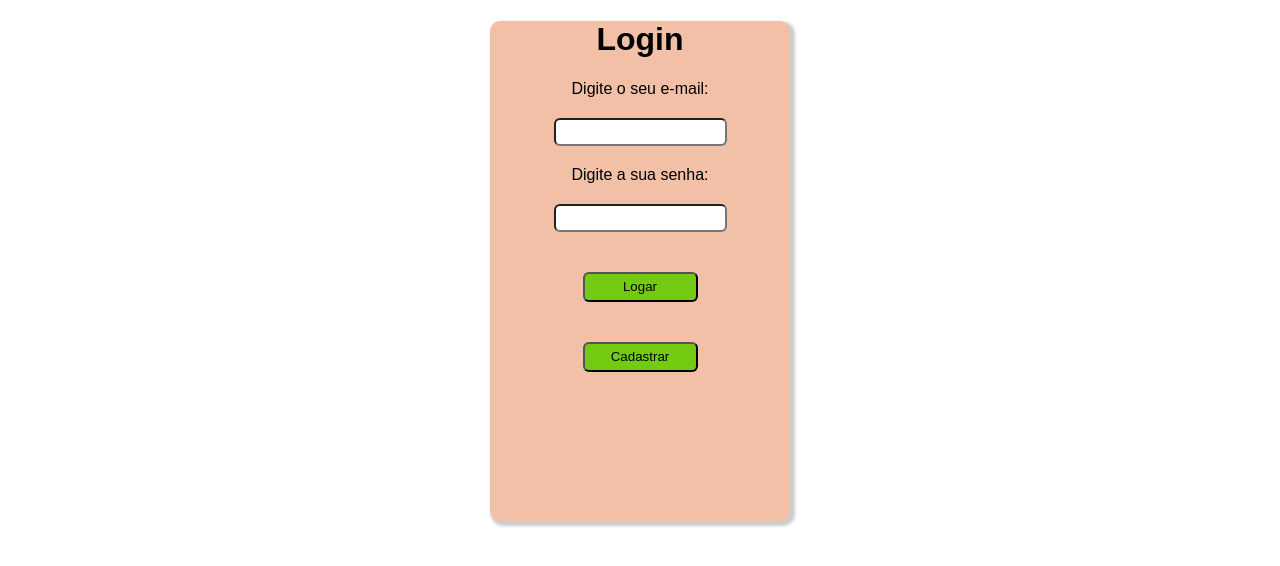
Repository: leviviana21/Java-web-login
Page: http://localhost/conexao_bd/
These files come from the project's save history. The page is drawn as it stood at one moment and after the next save; the edit follows.
The browser window is 1280 px wide. The pictures show the whole page.
The page is served by Tomcat 10. Other server files are loaded and not shown.

Above is the page before, as saved 2025-06-23 18:21:19.

### conexao_bd/src/main/webapp/index.jsp
<%@ page language="java" contentType="text/html; charset=UTF-8"
    pageEncoding="UTF-8"%>
<!DOCTYPE html>
<html>
<head>
<meta charset="UTF-8">
<title>Insert title here</title>
<link rel="stylesheet" href="style.css">
</head>
<body>

<div class="container">
	<form action="cadastro" method="post">
        <h1>Login</h1>
        <label>Digite o seu e-mail: </label>
        <input type="email" name="txtEmail" class="emailsenha" >
        <br>
        <label>Digite a sua senha: </label>
        <input type="password" name="txtSenha" class="emailsenha" >
        <br>
        <input type="submit" value="Logar" name="botao" class="botao-login">
        </form>
         <form action="dashboard.jsp" method="get">
        <button value="Cadastrar" class="botao-login">Cadastrar </button>
    	</form>

        <%
			if(request.getAttribute("error") != null){
		%>
		<p class="aviso-erro"><% out.print(request.getAttribute("msg").toString()); %></p>
		<%
			}
		%>
</div>
</body>
</html>

### conexao_bd/src/main/webapp/style.css
@charset "UTF-8";

form {
	text-align: center;
	font-family: arial;
}
.emailsenha {
	margin: 20px;
    border-radius: 6px;
    width: 165px;
    height: 22px;
}
.container {
	text-align: center;
	background-color: #F2BFA7;
	border-radius: 10px;
	height: 500px;
	margin: auto;
	width: 300px;
	box-shadow: 3px 3px 3px 2px rgba(0.2, 0.2, 0.2, 0.2);
}

.botao-login {
	border-radius: 6px;
    width: 115px;
    height: 30px;
    margin: 20px;
    background-color: #72cb10;
}
.Mensagem-Sucesso {
	text-align: center;
	font-family: arial;
}
.aviso-erro {
	color: red;
	font-weight: bold;
}

After the next save:
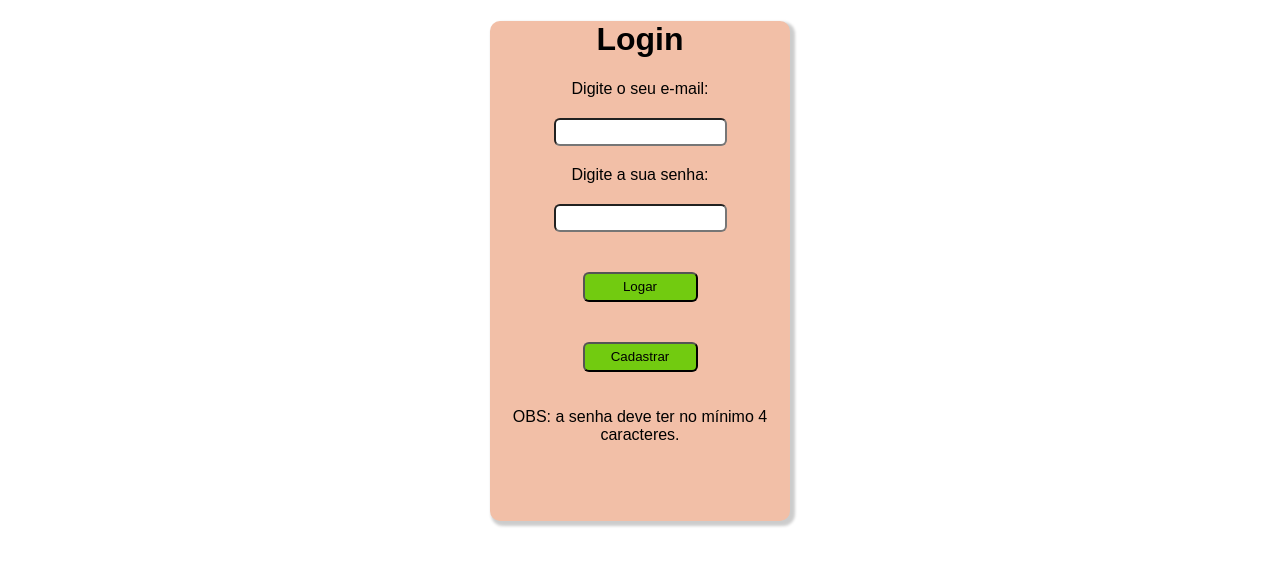
Saved 70 s later.
--- a/conexao_bd/src/main/webapp/index.jsp
+++ b/conexao_bd/src/main/webapp/index.jsp
@@ -19,10 +19,8 @@
         <input type="password" name="txtSenha" class="emailsenha" >
         <br>
         <input type="submit" value="Logar" name="botao" class="botao-login">
-        </form>
-         <form action="dashboard.jsp" method="get">
-        <button value="Cadastrar" class="botao-login">Cadastrar </button>
-    	</form>
+        <input type="submit" value="Cadastrar" name="botao" class="botao-login">
+        <p>OBS: a senha deve ter no mínimo 4 caracteres.</p>
 
         <%
 			if(request.getAttribute("error") != null){
@@ -31,6 +29,7 @@
 		<%
 			}
 		%>
+    </form>
 </div>
 </body>
 </html>
